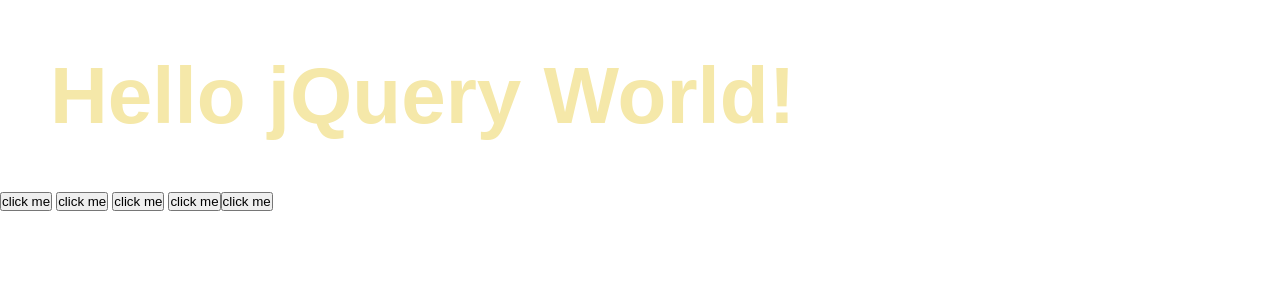
Repository: doncsar/yu-frontend-bootcamp
Page: 18-jQuery/index.html
The author's editor kept a copy of each file at every save. The page is drawn from the files as they stood at one save, then again after a run of saves.
The browser window is 1280 px wide. The pictures show the whole page.

Above is the page before, as saved 2024-01-28 14:59:10.

### 18-jQuery/index.html
<!DOCTYPE html>
<html lang="en">
   <head>
      <meta charset="UTF-8" />
      <meta name="viewport" content="width=device-width, initial-scale=1.0" />
      <link rel="stylesheet" href="style.css" />
      <script src="script.js" defer></script>
      <link
         rel="apple-touch-icon"
         sizes="180x180"
         href="apple-touch-icon.png"
      />
      <link
         rel="icon"
         type="image/png"
         sizes="32x32"
         href="favicon-32x32.png"
      />
      <link
         rel="icon"
         type="image/png"
         sizes="16x16"
         href="favicon-16x16.png"
      />
      <title>jQuery</title>
   </head>
   <body>
      <h1>Hello jQuery World!</h1>
      <div>
         <button>click me</button>
         <button>click me</button>
         <button>click me</button>
         <button>click me</button
         ><button>click me</button>
      </div>
      <script src="https://ajax.googleapis.com/ajax/libs/jquery/3.7.1/jquery.min.js"></script>
   </body>
</html>

### 18-jQuery/style.css
*{
   box-sizing: border-box;
   margin: 0;
   padding: 0;
}

.big-title {
   font-size: 5rem;
   color: #f5e8a9;
   font-family: sans-serif;
}

.m-50 {
   margin: 50px;
}

### 18-jQuery/script.js
$('h1').addClass('big-title m-50')

$('h1').on('mouseover', function () {
   $(this).text('Good Bye')
})

$('h1').on('mouseout', function () {
   $(this).text('Hello again')
})

$('button')

After the next 2 saves:
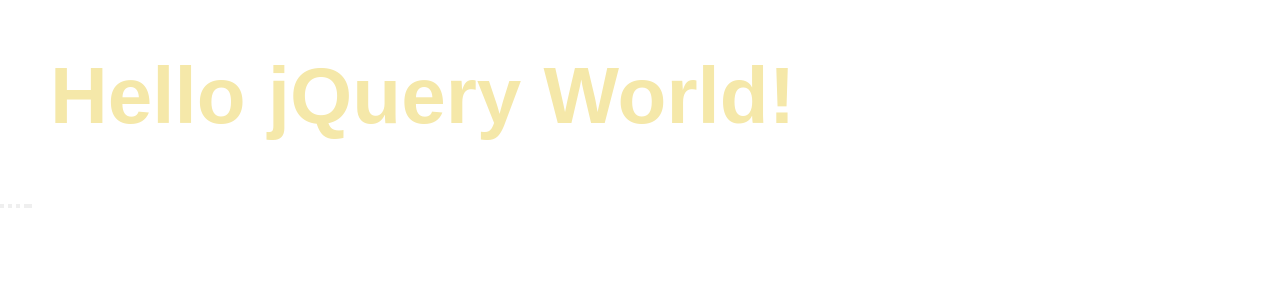
The 2 saves are shown as one change because they came seconds apart.
The last was saved 9 s later.
--- a/18-jQuery/script.js
+++ b/18-jQuery/script.js
@@ -8,4 +8,4 @@
    $(this).text('Hello again')
 })
 
-$('button')
+$('button').text('')
